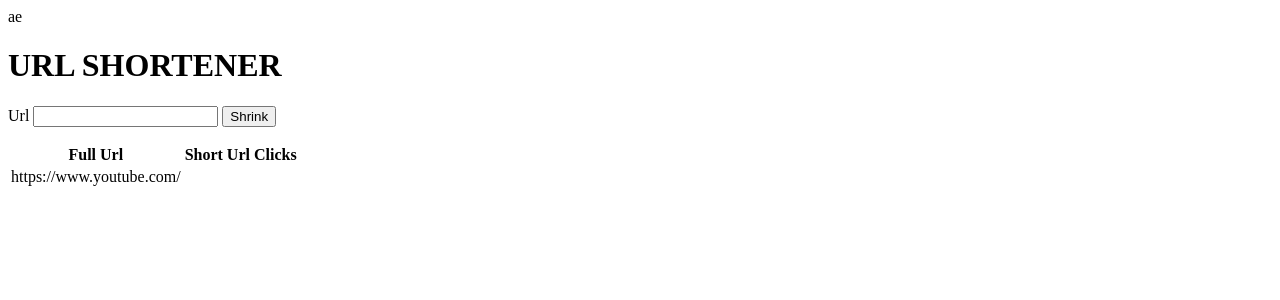
Repository: HarshM0di/URL-SHORTENER
Page: http://localhost/
These files come from the project's save history. The page is drawn as it stood at one moment and after the next save; the edit follows.
The browser window is 1280 px wide. The pictures show the whole page.
The page is served by the project's Node server (server.js).

Above is the page before, as saved 2022-09-18 10:23:02.

### views/index.ejs
ae<!DOCTYPE html>
<html lang="en">
<head>
    <meta charset="UTF-8">
    <meta http-equiv="X-UA-Compatible" content="IE=edge">
    <meta name="viewport" content="width=device-width, initial-scale=1.0">
    <title>Document</title>
</head>
<body>
    <h1> URL SHORTENER </h1>
    <form action "" method = "POST">
        <label for="fulUrl">Url</label>
        <input type="url" name= "fullUrl" id="fullUrl" >
        <button type="submit">Shrink</button>
    </form>

    <table>
        <thead>
            <tr>
                <th>Full Url</th>
                <th>Short Url</th>
                <th>Clicks</th>

            </tr>
        </thead>
        <body>
            <tr>
               <td><a href="https://www.youtube.com/"></a>https://www.youtube.com/</td>
            </tr>
        </body>
    </table>

</body>
</html>

### server.js
const express = require('express')
const app = express()

app.set('view engine', 'ejs')

app.get('/', (req, res) =>{
    res.render('index')
})

app.listen(process.env.PORT || 5000);

After the next save:
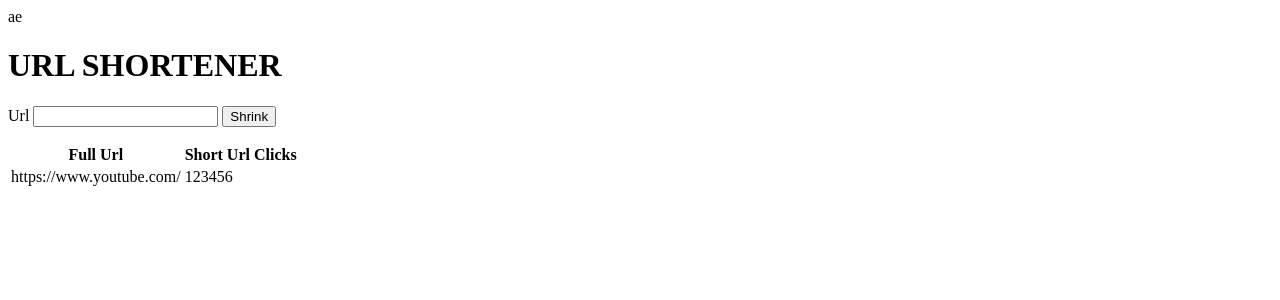
Saved 76 s later.
--- a/views/index.ejs
+++ b/views/index.ejs
@@ -26,6 +26,7 @@ ae<!DOCTYPE html>
         <body>
             <tr>
                <td><a href="https://www.youtube.com/"></a>https://www.youtube.com/</td>
+            <td><a href="/123456"></a> 123456</td>
             </tr>
         </body>
     </table>
